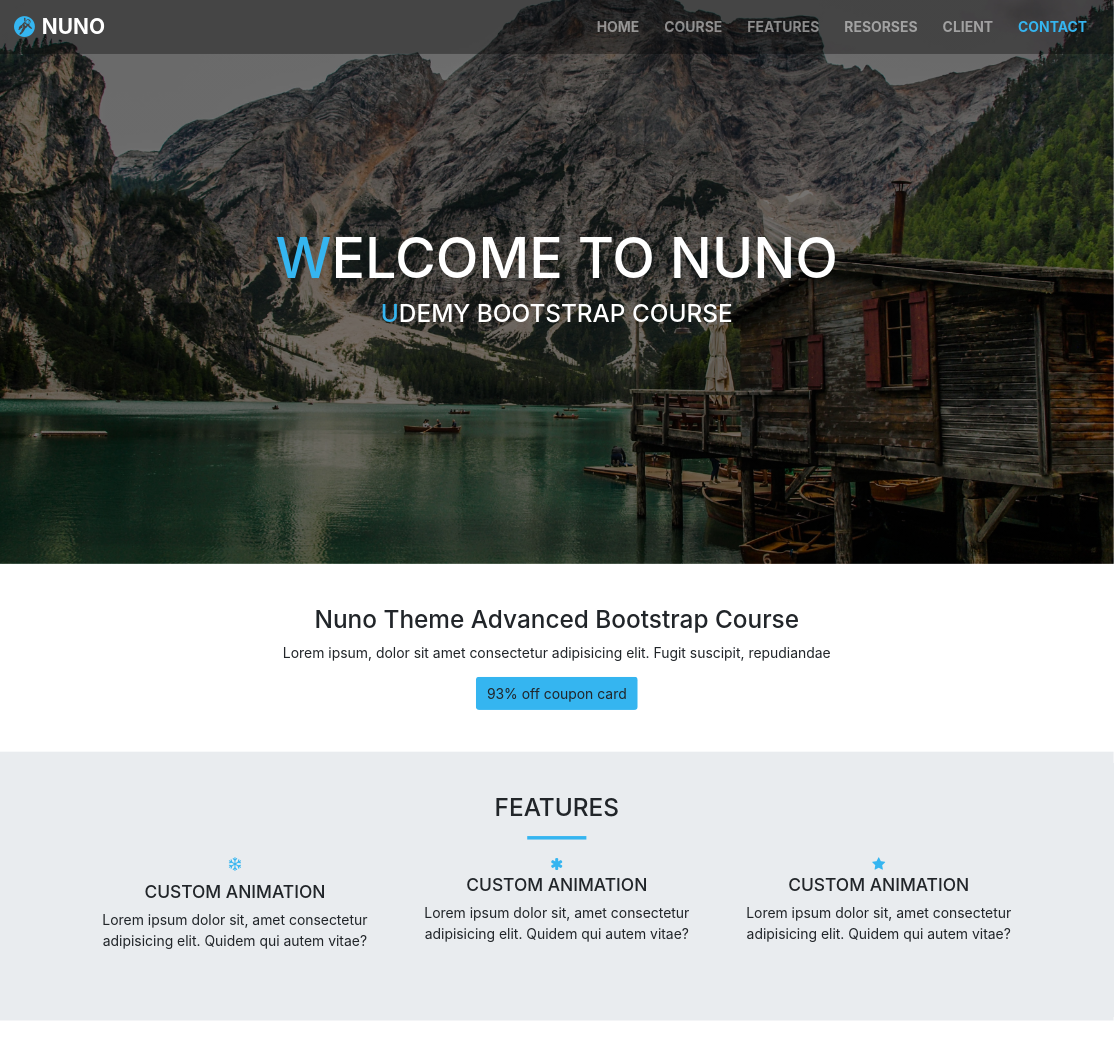
Repository: Mietlicha/bootstrap_template_exercise
Page: index.html
An editor plug-in stored every save of this project. The page is shown before and after the next save, followed by the edit.
The browser window is 1280 px wide. The pictures show the whole page, at 87% of full size.

Above is the page before, as saved 2019-11-19 20:32:09.

After the next save:
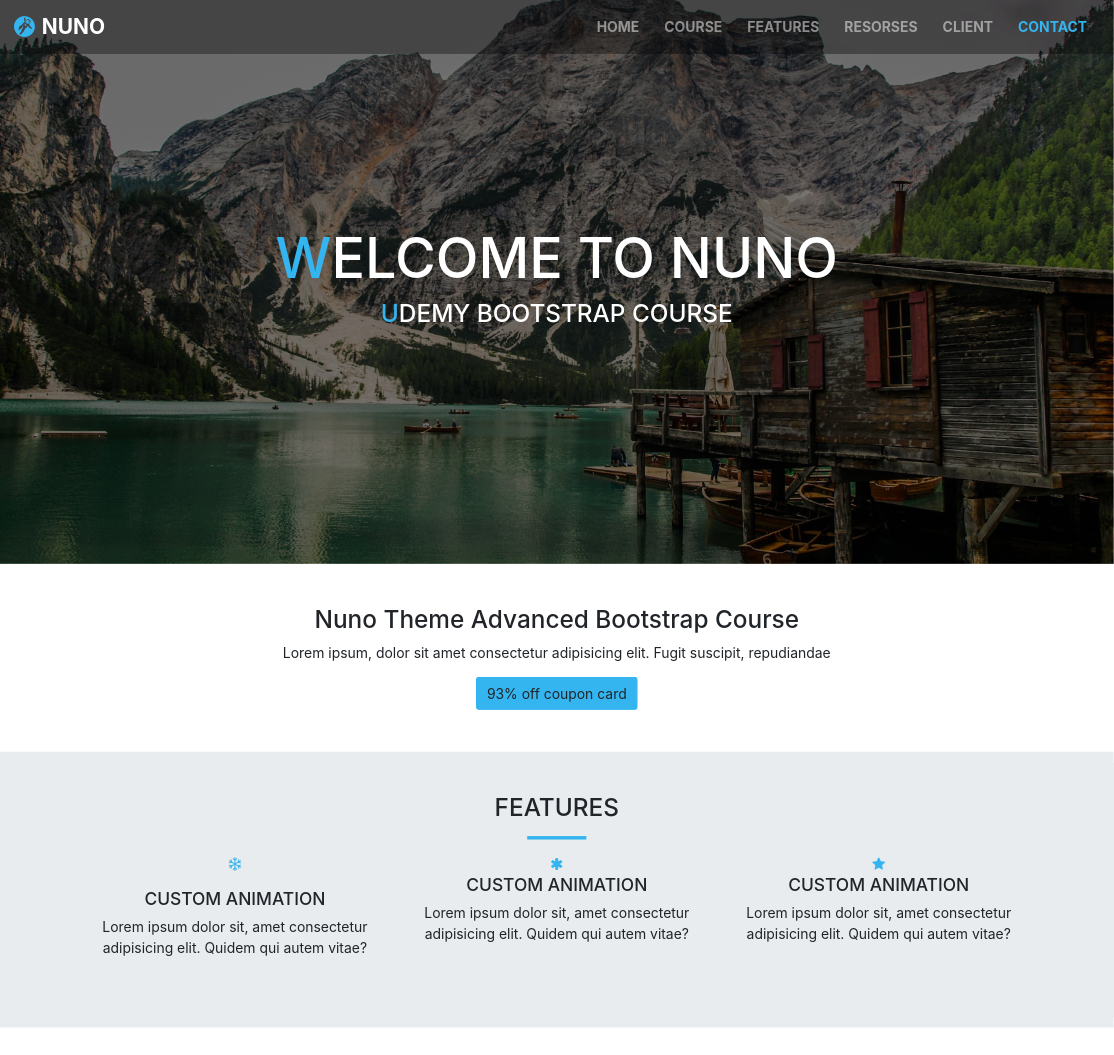
Saved 10 s later.
--- a/index.html
+++ b/index.html
@@ -70,7 +70,7 @@
                     <div class="container d-md-flex">
                         <div class="feature-item col-md-4">
                             <i class="fa fa-snowflake-o" aria-hidden="true"></i>
-                            <h5 class="pt-2">custom animation</h5>
+                            <h5 class="pt-3">custom animation</h5>
                             <p>Lorem ipsum dolor sit, amet consectetur adipisicing elit. Quidem qui autem vitae?</p>
                         </div>
                         <div class="feature-item col-md-4">
